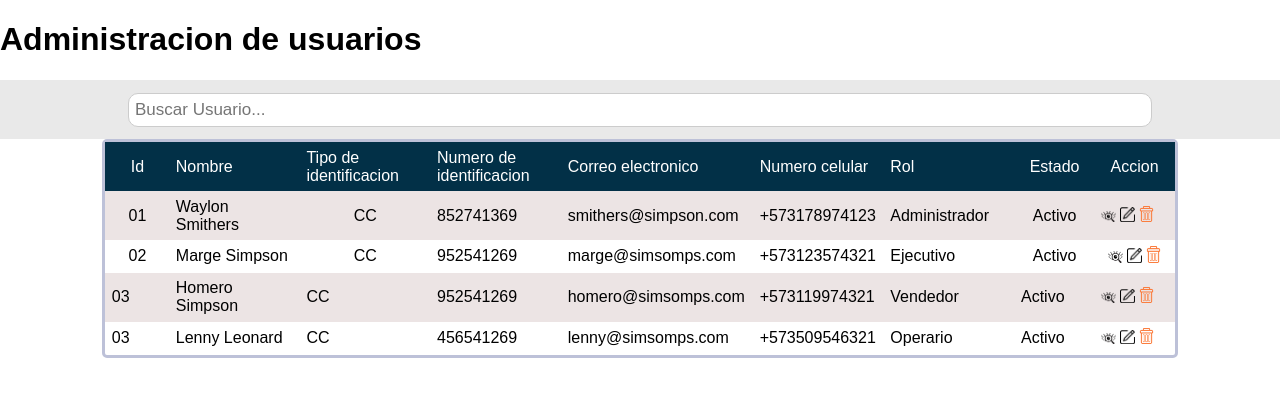
Repository: AlexanderBarona/Proyecto_Ciclo3_Mintic
Page: PaginaWeb/pages/admin_user.html
The author's editor kept a copy of each file at every save. The page is drawn from the files as they stood at one save, then again after the next save.
The browser window is 1280 px wide. The pictures show the whole page.

Above is the page before, as saved 2021-09-30 14:21:51.

### PaginaWeb/pages/admin_user.html
<!DOCTYPE html>
<html>

   <head>
      <title>Administracion de Usuarios</title>
      <link href="../css/style.css" rel="stylesheet" type="text/css">
      <link href="../css/admin_user.css" rel="stylesheet" type="text/css">
   </head>
   <body class="admin_user">
      <header>
         <h1>Administracion de usuarios</h1>
      </header>
      <main>
        <div class="TopBar">
            <div class="Search ">
                <input type="text" placeholder="Buscar Usuario...">
            </div>

        </div>

        <div class="table_principal">
            <table class="table_entity">

              <tbody class="table_body" >

                  <tr class="table_header" >

                    <td class="table_cell center">Id</td>
                    <td class="table_cell">Nombre</td>
                    <td class="table_cell">Tipo de identificacion</td>
                    <td class="table_cell">Numero de identificacion</td>
                    <td class="table_cell">Correo electronico</td>
                    <td class="table_cell">Numero celular</td>
                    <td class="table_cell">Rol</td>
                    <td class="table_cell center">Estado</td>
                    <td class="table_cell center">Accion</td>

                  </tr>

                  <tr >
                    <td class="table_cell center">01</td>
                    <td class="table_cell">Waylon Smithers</td>
                    <td class="table_cell center">CC</td>
                    <td class="table_cell">852741369</td>
                    <td class="table_cell">smithers@simpson.com</td>
                    <td class="table_cell">+573178974123</td>
                    <td class="table_cell">Administrador</td>
                    <td class="table_cell center">Activo</td>
                    <td class="table_cell">
                      <div class="icon_container">
                        <nav>
                          <a href="icon_table">
                            <img class="icon_cell" src="../images/IconRead.ico">
                          </a>
                          <a href="icon_table">
                            <img class="icon_cell" src="../images/IconUpdate.ico">
                          </a>
                          <a href="icon_table">
                            <img class="icon_cell" src="../images/IconDelete.ico">
                          </a>
                        </nav>
                    </div>

                    </td>
                  </tr>

                <tr >
                  <td class="table_cell center">02</td>
                  <td class="table_cell">Marge Simpson</td>
                  <td class="table_cell center">CC</td>
                  <td class="table_cell">952541269</td>
                  <td class="table_cell">marge@simsomps.com</td>
                  <td class="table_cell">+573123574321</td>
                  <td class="table_cell">Ejecutivo</td>
                  <td class="table_cell center">Activo</td>
                  <td class="table_cell">
                    <div class="icon_container center">
                      <nav>
                        <a href="icon_table">
                          <img class="icon_cell" src="../images/IconRead.ico">
                        </a>
                        <a href="icon_table">
                          <img class="icon_cell" src="../images/IconUpdate.ico">
                        </a>
                        <a href="icon_table">
                          <img class="icon_cell" src="../images/IconDelete.ico">
                        </a>
                      </nav>
                  </div>
                  </td>
                </tr>

                <tr >
                    <td class="table_cell">03</td>
                    <td class="table_cell">Homero Simpson</td>
                    <td class="table_cell">CC</td>
                    <td class="table_cell">952541269</td>
                    <td class="table_cell">homero@simsomps.com</td>
                    <td class="table_cell">+573119974321</td>
                    <td class="table_cell">Vendedor</td>
                    <td class="table_cell">Activo</td>
                    <td class="table_cell">

                                    <div class="icon_container">
                                        <nav>
                                          <a href="icon_table">
                                            <img class="icon_cell" src="../images/IconRead.ico">
                                          </a>
                                          <a href="icon_table">
                                            <img class="icon_cell" src="../images/IconUpdate.ico">
                                          </a>
                                          <a href="icon_table">
                                            <img class="icon_cell" src="../images/IconDelete.ico">
                                          </a>
                                        </nav>
                                    </div>


                    </td>
                </tr>
                <tr >
                    <td class="table_cell">03</td>
                    <td class="table_cell">Lenny Leonard</td>
                    <td class="table_cell">CC</td>
                    <td class="table_cell">456541269</td>
                    <td class="table_cell">lenny@simsomps.com</td>
                    <td class="table_cell">+573509546321</td>
                    <td class="table_cell">Operario</td>
                    <td class="table_cell">Activo</td>
                    <td class="table_cell">
                      <div class="icon_container">
                        <nav>
                          <a href="icon_table">
                            <img class="icon_cell" src="../images/IconRead.ico">
                          </a>
                          <a href="icon_table">
                            <img class="icon_cell" src="../images/IconUpdate.ico">
                          </a>
                          <a href="icon_table">
                            <img class="icon_cell" src="../images/IconDelete.ico">
                          </a>
                        </nav>
                    </div>
                    </td>
                </tr>
              </tbody>
            </table>
        </div>
      </main>
      <footer>
      </footer>
   </body>
</html>

### PaginaWeb/css/style.css
* {
  box-sizing: border-box;
}

body {
  margin: 0;
  font-family: Arial, Helvetica, sans-serif;
}

### PaginaWeb/css/admin_user.css
/* css barra busqueda*/
@media screen and (max-width: 600px) {
  .Search a,
  .Search input[type="text"] {

    display: block;
    text-align: left;
    width: 100%;
    margin: 0 auto;
    padding: 14px;
    align-items: center;
  }
}

.admin_user .Search {
   overflow: hidden;
   background-color: #e9e9e9;
   display: block;
   width: 100%;
   text-align: center;
  }

.Search a {

    display: block;
    color: black;
    text-align: center;
    padding: 14px 16px;
    text-decoration: none;
    font-size: 17px;
  }

  .Search a:hover {
    background-color: #ddd;
    color: black;
  }

  .Search a.active {
    background-color: #9dcaf0;
    color: white;
  }

  .Search input[type="text"] {
    float: center;
    border-radius: 10px;
    border: 1px solid rgb(174, 204, 218);
    padding: 6px;
    margin-top: 1%;
    margin-right: 2%;
    margin-left: 2%;
    margin-bottom: 1%;
    font-size: 17px;
    width: 80%;
  }
  .Search input[type="text"] {
    border: 1px solid #ccc;
  }

 /* css tabla*/

  .table_entity {
    table-layout: fixed;
    width: 84%;
    margin: 0 auto;
    border-collapse: separate;
    border-spacing: 0px;
    border-radius: 5px;
    border: 3px solid rgb(189, 193, 216);

  }

  .table_entity td:first-child {
    width: 4em;
  }
  .table_entity td:nth-child(9) {
    width: 5em;
  }
  .table_entity td:nth-child(8) {
    width: 5em;

  }
  .table_entity td:nth-child(5) {
    width: 12em;
  }


  .table_header {
    background-color: #023047;
    color: #fff;

  }

  .table_entity tr:nth-child(even) {
  background-color: #ece4e4;
}

.table_entity .center {
  text-align: center;
}
/* css tabla perfiles*/
.table_entity2 {
  table-layout: fixed;
  width: 84%;
  margin: 0 auto;
  border-collapse: separate;
  border-spacing: 0px;
  border-radius: 5px;
  border: 3px solid rgb(189, 193, 216);

}

.table_entity2 td:first-child {
  width: 4em;
}

.table_entity2 td:nth-child(2) {
  width: 16em;
}


.table_entity2 td:nth-child(6) {
  width: 4.5em;

}


.table_entity2 tr:nth-child(even) {
background-color: #ece4e4;
}

.table_entity2 .center {
  text-align: center;
}

  th, td {

      word-wrap: break-word;
      padding: 0.4em;
      margin: 0em;
  }
  /* iconos */
  .icon_cell {

    height: 28%;
    width: 22%;
    margin: 0 auto 0 0;


}

.icon_container a , .icon_container a:visited {


  text-decoration: none;

}
/* css checkbox */

.checkbox_container input[type="checkbox"]  {
  content: "";
  width: 2em;
  height: 2em;
  border: 4px solid #bf810f;
  float: left;
  margin: 0 auto 0 0;
  border-right: 0;
  border-top: 0;


}
.checkbox_container input[type="checkbox"]:checked   {
  content: "";
  width: 2.2em;
  height: 2.2em;
  border: 4px solid #bf810f;
  color: #bf810f;
  background-color:#bf810f ;
  float: left;
  margin: 0 auto 0 0;
  border-right: 0;
  border-top: 0;

}

After the next save:
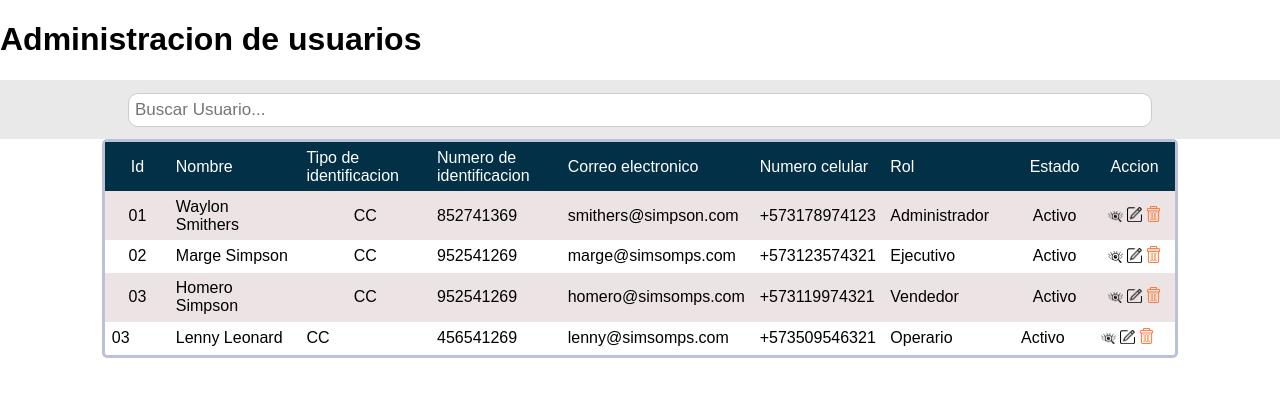
Saved 2 min 46 s later.
--- a/PaginaWeb/pages/admin_user.html
+++ b/PaginaWeb/pages/admin_user.html
@@ -46,7 +46,7 @@
                     <td class="table_cell">+573178974123</td>
                     <td class="table_cell">Administrador</td>
                     <td class="table_cell center">Activo</td>
-                    <td class="table_cell">
+                    <td class="table_cell center">
                       <div class="icon_container">
                         <nav>
                           <a href="icon_table">
@@ -73,8 +73,8 @@
                   <td class="table_cell">+573123574321</td>
                   <td class="table_cell">Ejecutivo</td>
                   <td class="table_cell center">Activo</td>
-                  <td class="table_cell">
-                    <div class="icon_container center">
+                  <td class="table_cell center">
+                    <div class="icon_container ">
                       <nav>
                         <a href="icon_table">
                           <img class="icon_cell" src="../images/IconRead.ico">
@@ -91,15 +91,15 @@
                 </tr>
 
                 <tr >
-                    <td class="table_cell">03</td>
+                    <td class="table_cell center">03</td>
                     <td class="table_cell">Homero Simpson</td>
-                    <td class="table_cell">CC</td>
+                    <td class="table_cell center">CC</td>
                     <td class="table_cell">952541269</td>
                     <td class="table_cell">homero@simsomps.com</td>
                     <td class="table_cell">+573119974321</td>
                     <td class="table_cell">Vendedor</td>
-                    <td class="table_cell">Activo</td>
-                    <td class="table_cell">
+                    <td class="table_cell center">Activo</td>
+                    <td class="table_cell center">
 
                                     <div class="icon_container">
                                         <nav>
